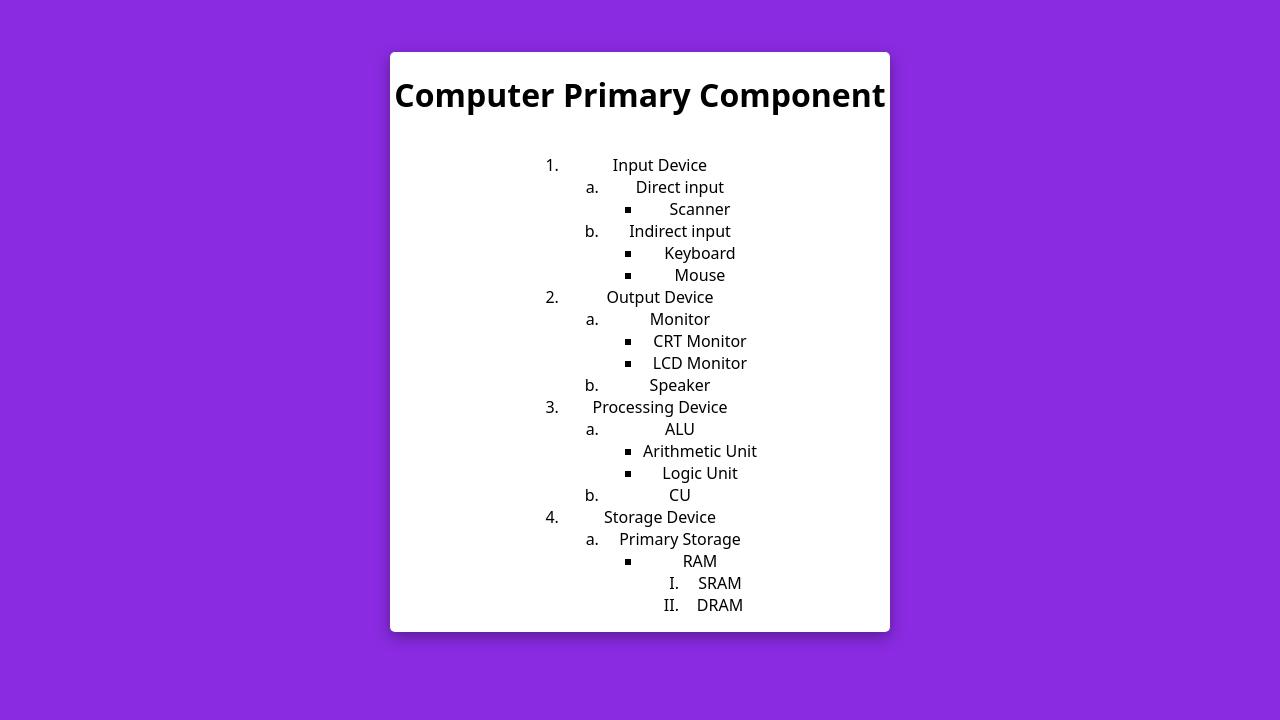
Repository: SharonSebastian32/Nested_List_in_html
Page: index.html
The author's editor kept a copy of each file at every save. The page is drawn from the files as they stood at one save, then again after a run of saves.
The browser window is 1280 px wide. The pictures show the whole page.

Above is the page before, as saved 2024-09-01 08:09:27.

### index.html
<!DOCTYPE html>
<html lang="en">
  <head>
    <meta charset="UTF-8" />
    <meta name="viewport" content="width=device-width, initial-scale=1.0" />
    <title>Document</title>
    <link rel="stylesheet" href="./Styles/Styles.css" />
    <link href="https://unpkg.com/aos@2.3.1/dist/aos.css" rel="stylesheet" />
  </head>
  <body style="background-color: blueviolet">
    <center>
      <br />
      <br />
      <div
        data-aos="zoom-in-up"
        style="
          border-radius: 5px;
          display: flex;
          flex-wrap: wrap;
          justify-content: center;
          align-items: center;
          flex-direction: column;
          background-color: rgb(255, 255, 255);
          width: 500px;
          box-shadow: rgba(0, 0, 0, 0.35) 0px 5px 15px;
        "
      >
        <h1>Computer Primary Component</h1>
        <ol>
          <li>Input Device</li>
          <ol type="a">
            <li>Direct input</li>
            <ul style="list-style-type: square">
              <li>Scanner</li>
            </ul>
            <li>Indirect input</li>
            <ul>
              <li>Keyboard</li>
              <li>Mouse</li>
            </ul>
          </ol>
          <li>Output Device</li>
          <ol type="a">
            <li>Monitor</li>
            <ul>
              <li>CRT Monitor</li>
              <li>LCD Monitor</li>
            </ul>
            <li>Speaker</li>
          </ol>
          <li>Processing Device</li>
          <ol type="a">
            <li>ALU</li>
            <ul>
              <li>Arithmetic Unit</li>
              <li>Logic Unit</li>
            </ul>
            <ul></ul>
            <li>CU</li>
          </ol>
          <li>Storage Device</li>
          <ol type="a">
            <li>Primary Storage</li>
            <ul>
              <li>RAM</li>
              <ol type="I">
                <li>SRAM</li>
                <li>DRAM</li>
              </ol>
            </ul>
          </ol>
        </ol>
      </div>
    </center>
    <script src="https://unpkg.com/aos@2.3.1/dist/aos.js"></script>
    <script>
      AOS.init();
    </script>
  </body>
</html>

### Styles/Styles.css
*{
    font-family: system-ui, -apple-system, BlinkMacSystemFont, 'Segoe UI', Roboto, Oxygen, Ubuntu, Cantarell, 'Open Sans', 'Helvetica Neue', sans-serif;

}

After the next 4 saves:
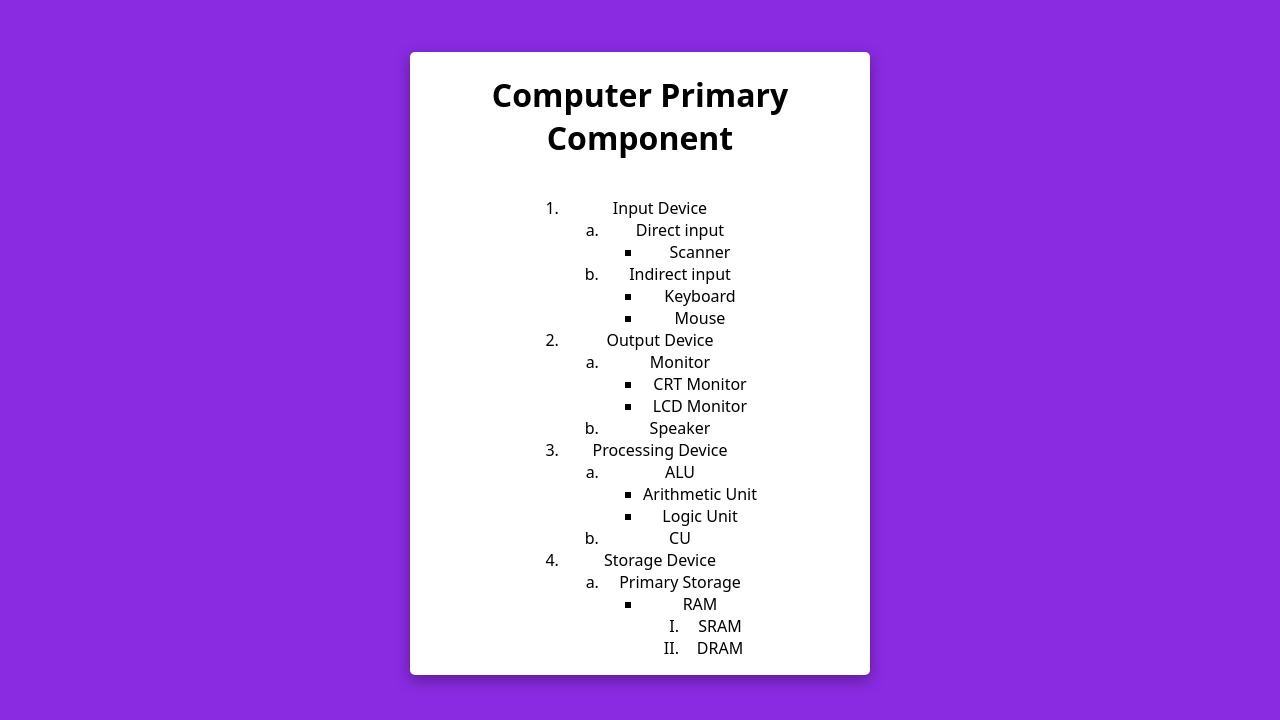
The 4 saves are shown as one change because they came seconds apart.
The last was saved 54 s later.
--- a/index.html
+++ b/index.html
@@ -21,7 +21,7 @@
           align-items: center;
           flex-direction: column;
           background-color: rgb(255, 255, 255);
-          width: 500px;
+          width: 460px;
           box-shadow: rgba(0, 0, 0, 0.35) 0px 5px 15px;
         "
       >
